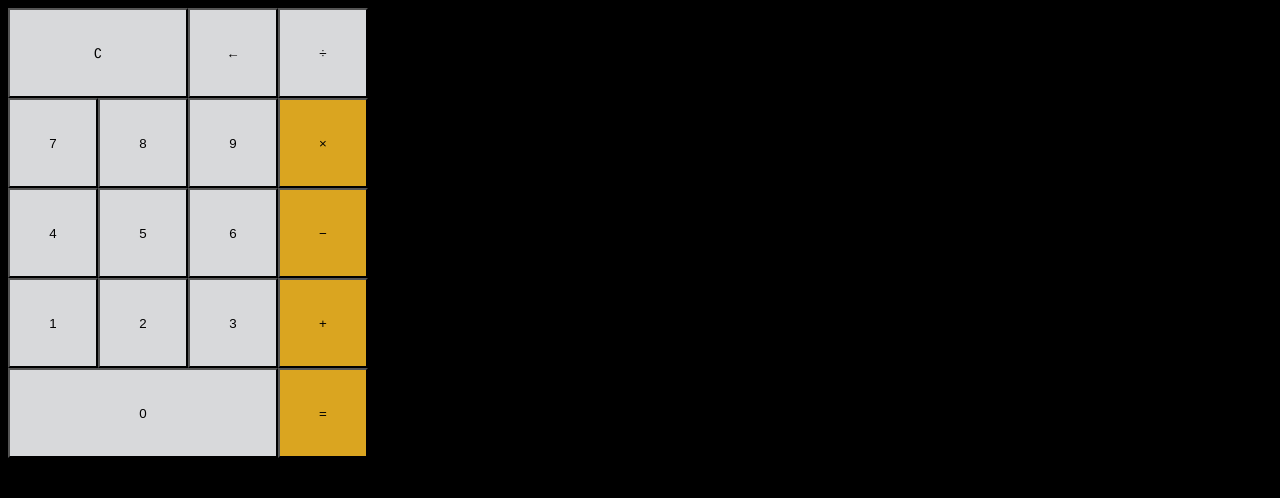
Repository: jontslater/LAB-calculator2
Page: index.html
An editor plug-in stored every save of this project. The page is shown before and after the next save, followed by the edit.
The browser window is 1280 px wide. The pictures show the whole page.

Above is the page before, as saved 2023-10-12 16:08:57.

After the next save:
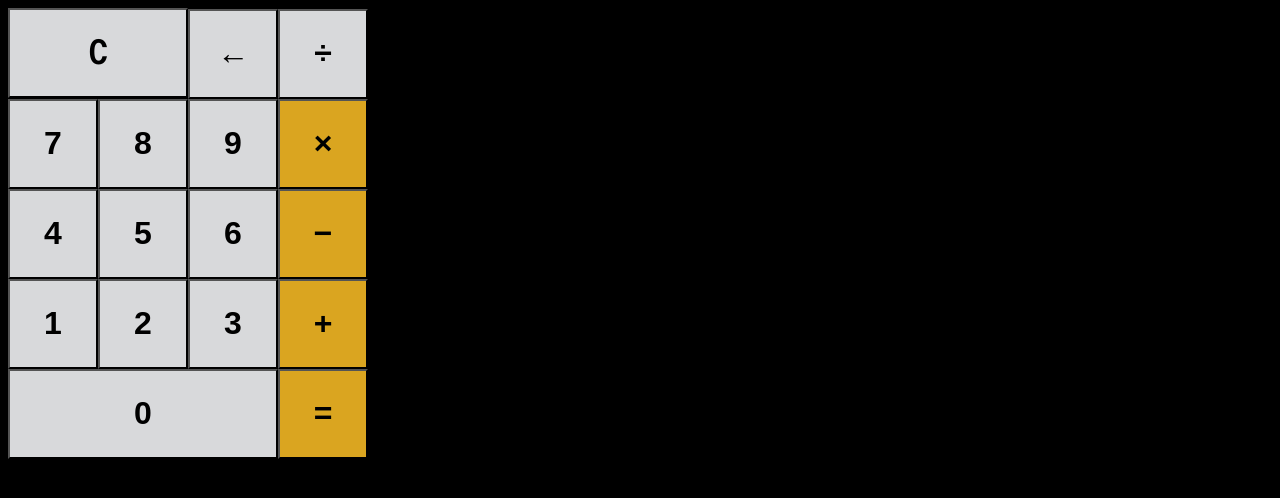
Saved 89 s later.
--- a/main.css
+++ b/main.css
@@ -4,6 +4,8 @@ body{
 
 .container{
   width: 400px;
+  font-size: xx-large;
+  font-weight: bold;
 }
 
 .buttonss{
@@ -12,25 +14,32 @@ body{
   width: 90px;
   font-size: xx-large;
   font-weight: bold;
-
 }
 
 .orange{
   background-color:goldenrod;
   height: 90px;
   width: 90px;
+  font-size: xx-large;
+  font-weight: bold;
 }
 
 .gray{
   background-color: #d8d9db;
   height: 90px;
   width: 90px;
+  font-size: xx-large;
+  font-weight: bold;
 }
 
 .twice{
   width: 270px;
+  font-size: xx-large;
+  font-weight: bold;
 }
 
 .three{
-  width: 180px
+  width: 180px;
+  font-size: xx-large;
+  font-weight: bold;
 }
